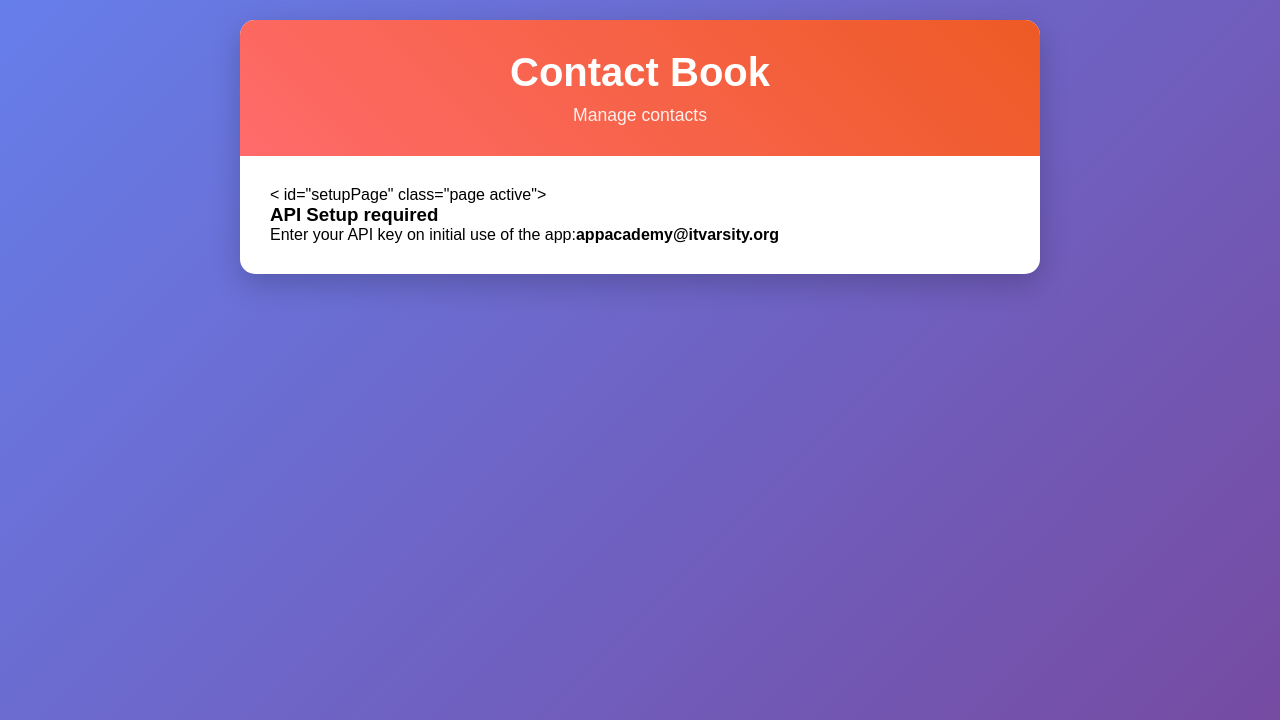
Repository: Mantombi81/Moznana-Contact
Page: index.html
The author's editor kept a copy of each file at every save. The page is drawn from the files as they stood at one save, then again after the next save.
The browser window is 1280 px wide. The pictures show the whole page.

Above is the page before, as saved 2025-06-11 21:47:28.

After the next save:
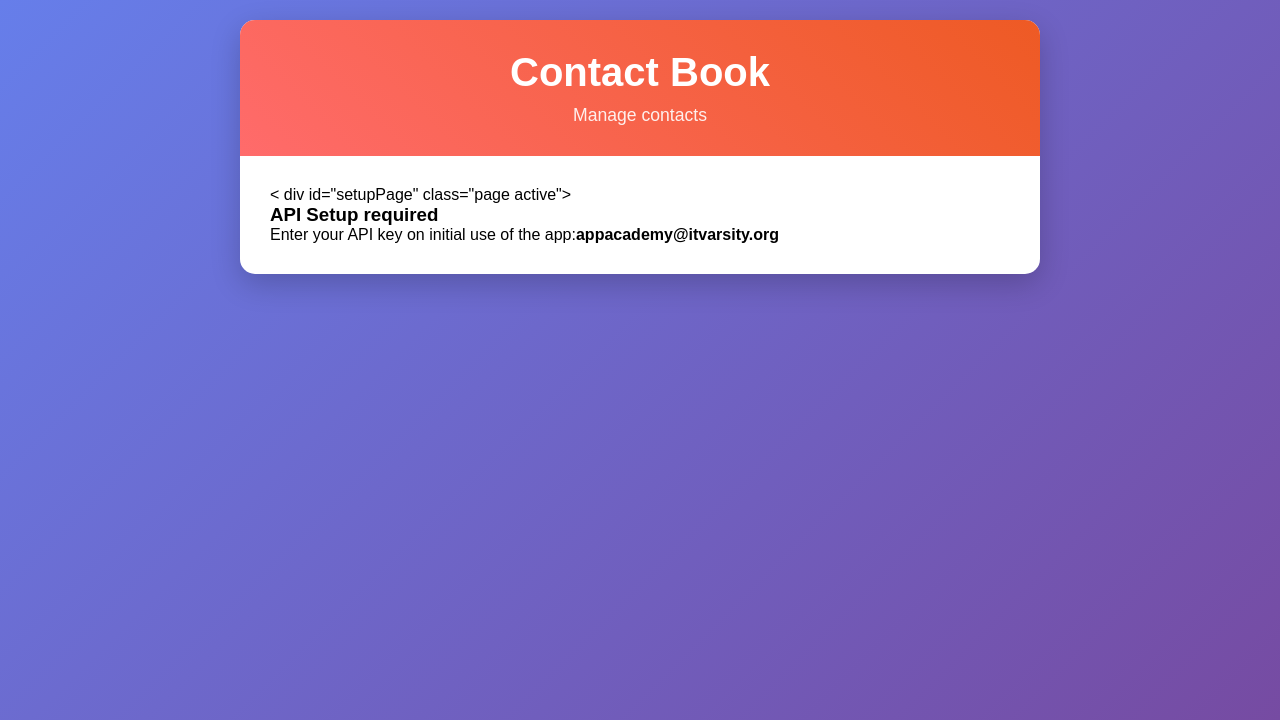
Saved 12 s later.
--- a/index.html
+++ b/index.html
@@ -15,7 +15,7 @@
 
         <div class="content">
             <!-- API set-up page -->
-             < id="setupPage" class="page active">
+             < div id="setupPage" class="page active">
              <div class="api-set-up">
                 <h3>API Setup required</h3>
                 <p>Enter your API key on initial use of the app:<strong>appacademy@itvarsity.org</strong></p>
